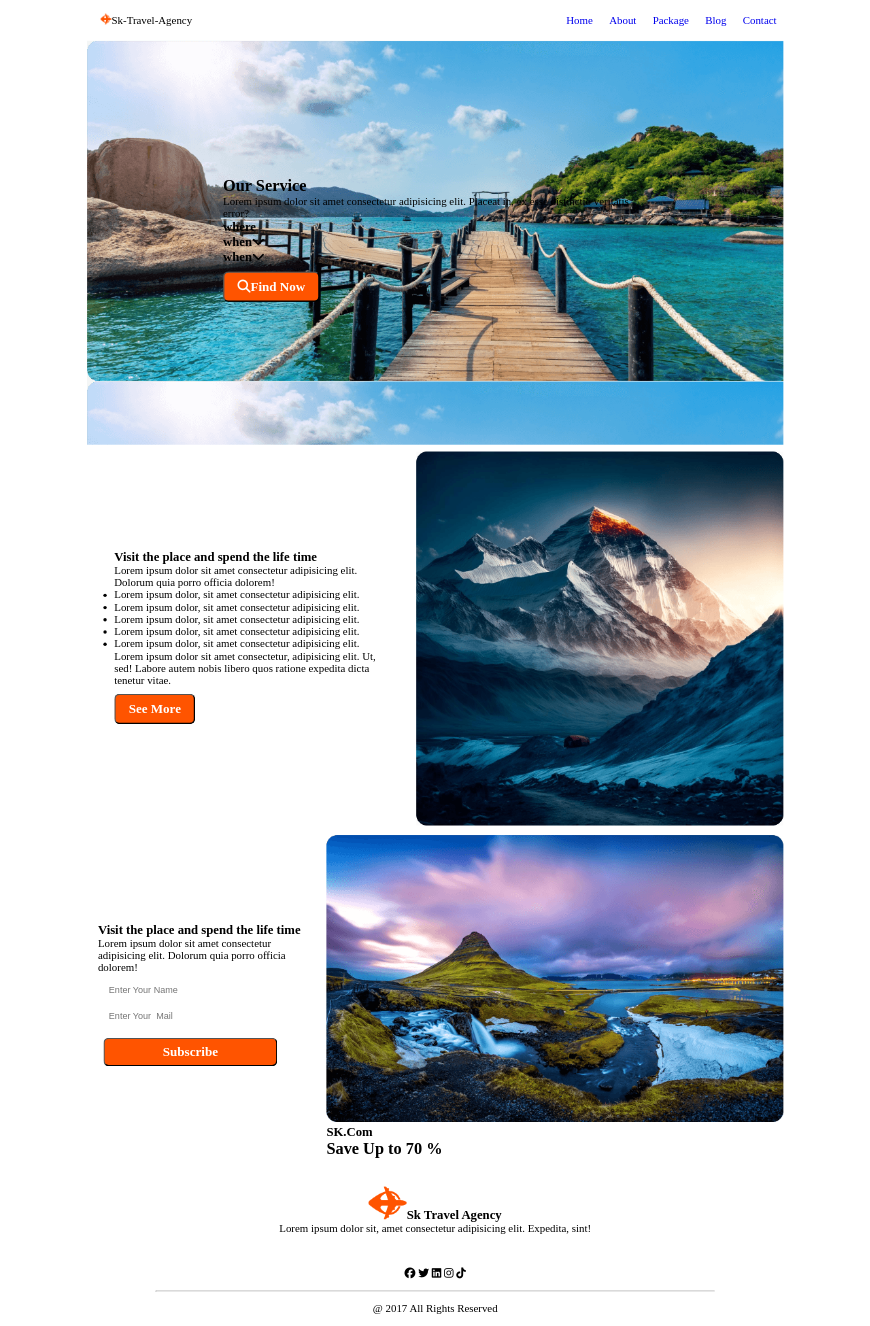
Repository: sumonkumarsarkar/Sk-Travel-Agency-
Page: index.html
The author's editor kept a copy of each file at every save. The page is drawn from the files as they stood at one save, then again after the next save.
The browser window is 1280 px wide. The pictures show the whole page, at 68% of full size.

Above is the page before, as saved 2024-01-17 06:28:47.

### index.html
<!DOCTYPE html>
<html lang="en">
<head>
    <meta charset="UTF-8">
    <meta name="viewport" content="width=device-width, initial-scale=1.0">
    <title>Sk-Travel-Agency</title>
    <link rel="stylesheet" href="./style.css">

    <link rel="stylesheet" href="https://cdnjs.cloudflare.com/ajax/libs/font-awesome/6.5.1/css/all.min.css" integrity="sha512-DTOQO9RWCH3ppGqcWaEA1BIZOC6xxalwEsw9c2QQeAIftl+Vegovlnee1c9QX4TctnWMn13TZye+giMm8e2LwA==" crossorigin="anonymous" referrerpolicy="no-referrer" />
</head>
<body>
    <header>
         <div class="container">
            <nav>
                <div class="icon-header">
                    <p> <span><img src="./Images/Group 40071 (2).png" alt=""></span>Sk-Travel-Agency</p>
                </div>
                <div class="menu-header">
                    <ul>
                        <li><a href="#">Home</a></li>
                        <li><a href="#">About</a></li>
                        <li><a href="#">Package</a></li>
                        <li><a href="#">Blog</a></li>
                        <li><a href="#">Contact</a></li>
                    </ul>
                </div>
            </nav>
         </div>


<div class="container">
    <div class="banner-section">
        <h2>Our Service</h2>
        <p>Lorem ipsum dolor sit amet consectetur adipisicing elit. Placeat in, ex esse distinctio veritatis error?</p>
        <div class="banner-button">
         <h3>where </h3>
         <h3>when<span><i class="fa-solid fa-chevron-down"></i></span></h3>
         <h3>when<span><i class="fa-solid fa-chevron-down"></i></span></h3>

        <button type="button"> <span><i class="fa-solid fa-magnifying-glass"></i></span>Find Now</button>
        </div>
       </div>

</div>

    </header>



    <main>

        <!-- place part start  -->

<div class="container">
    <div class="container-item">
        <div class="text-item">
         <h3>Visit the place and spend the life time</h3>
         <p>Lorem ipsum dolor sit amet consectetur adipisicing elit. Dolorum quia porro officia dolorem!</p>
         <ul>
            <li><p>Lorem ipsum dolor, sit amet consectetur adipisicing elit.</p></li>
            <li><p>Lorem ipsum dolor, sit amet consectetur adipisicing elit.</p></li>
            <li><p>Lorem ipsum dolor, sit amet consectetur adipisicing elit.</p></li>
            <li><p>Lorem ipsum dolor, sit amet consectetur adipisicing elit.</p></li>
            <li><p>Lorem ipsum dolor, sit amet consectetur adipisicing elit.</p></li>
         </ul>
         <p>Lorem ipsum dolor sit amet consectetur, adipisicing elit. Ut, sed! Labore autem nobis libero quos ratione expedita dicta tenetur vitae.</p>
         <button type="button">See More</button>
        </div>
        <div class="container-img-item">
            <img src="./Images/Rectangle 4.png" alt="">
        </div>
    </div>
</div>


 <!-- place part end  -->


 <div class="container">
    <div class="container-item">
        <div class="text-form">
         <h3>Visit the place and spend the life time</h3>
         <p>Lorem ipsum dolor sit amet consectetur adipisicing elit. Dolorum quia porro officia dolorem!</p>

         <form>
            <input type="text" placeholder="Enter Your Name">
            <input type="text" placeholder="Enter Your  Mail">
         </form>
         <button type="button">Subscribe</button>
        </div>
        <div class="container-img-item">
            <img src="./Images/Rectangle 8 (1).png" alt="">
            <h3>SK.Com</h3>
            <h2>Save Up to 70 %</h2>
        </div>
    </div>
</div>



<!-- form part start  -->




<!-- form part end  -->


    </main>









        <footer>
            <div class="container">

                    <div class="nornal-text">
                           <h3> <span><img src="./Images/Group 40071 (2).png" alt=""></span>Sk Travel Agency</h3>
                            <p>Lorem ipsum dolor sit, amet consectetur adipisicing elit. Expedita, sint!</p>
                    </div>

                <div class="icon-img">
                    <i class="fa-brands fa-facebook"></i>
                    <i class="fa-brands fa-twitter"></i>
                    <i class="fa-brands fa-linkedin"></i>
                    <i class="fa-brands fa-instagram"></i>
                    <i class="fa-brands fa-tiktok"></i>
                </div>

                <hr>

               <div class="last-text">
                 <p>@ 2017 All Rights Reserved</p>

               </div>


         </footer>





</body>
</html>

### style.css
*{
    margin: 0;
    padding: 0;
}



 /* main place part start  */
.container-item{
    display: flex;
    justify-content:space-around;
    align-items: center;
    margin: 10px auto;
}

.container-item .text-item{
    padding: 40px;
}

button{
color: #FFF;
text-align: center;
font-family: Mulish;
font-size: 1.2rem;
font-style: normal;
font-weight: 800;
padding: .6rem 1.2rem;
border-radius:.5rem;
background: #FF5400;
margin: 10px auto;

}



/* form part start  */

.text-form  form input{
    display: block;
    padding:.5rem;
    width: 80%;
    margin:.5rem;
    border: none;
    border-radius: .5rem;
}
.text-form{

    padding:.5rem;
    width: 80%;
    margin:.5rem;
}
.text-form button{

    padding:.5rem;
    width: 80%;
    margin:.5rem;
}



/* form part end  */




 /* main place part end */

/* header menu bar start  */




nav{
    display: flex;
    justify-content: space-between;
    align-items: center;
}
.icon-header{
    align-items: center;
    padding:20px;
}
.icon-header img{
    width: 1rem;
    height: 1rem;
}
.menu-header ul{
    list-style: none;

}
.menu-header ul li{
   display: inline-block;
   padding: 10px 10px;

}
.menu-header ul li a{
    text-decoration: none;
}

.banner-section{
    background-image: url("./Images/Group 13 (1) (1).png");

}
.banner-section{

    padding: 200px 200px;


}
.banner-button h2

/* header menu bar end  */


/* footer section start  */
.container{
 background: skyblue;
 margin: 1rem auto;
}
.container .nornal-text{
text-align: center;
padding: 2rem 2rem;


}.container .icon-img{
text-align: center;
padding: 1rem 2rem;


}
.container .last-text{
text-align: center;
padding: 1rem 2rem;


}
.container, hr{

width: 80%;
margin: 0 auto;


}



/* footer section end  */

After the next save:
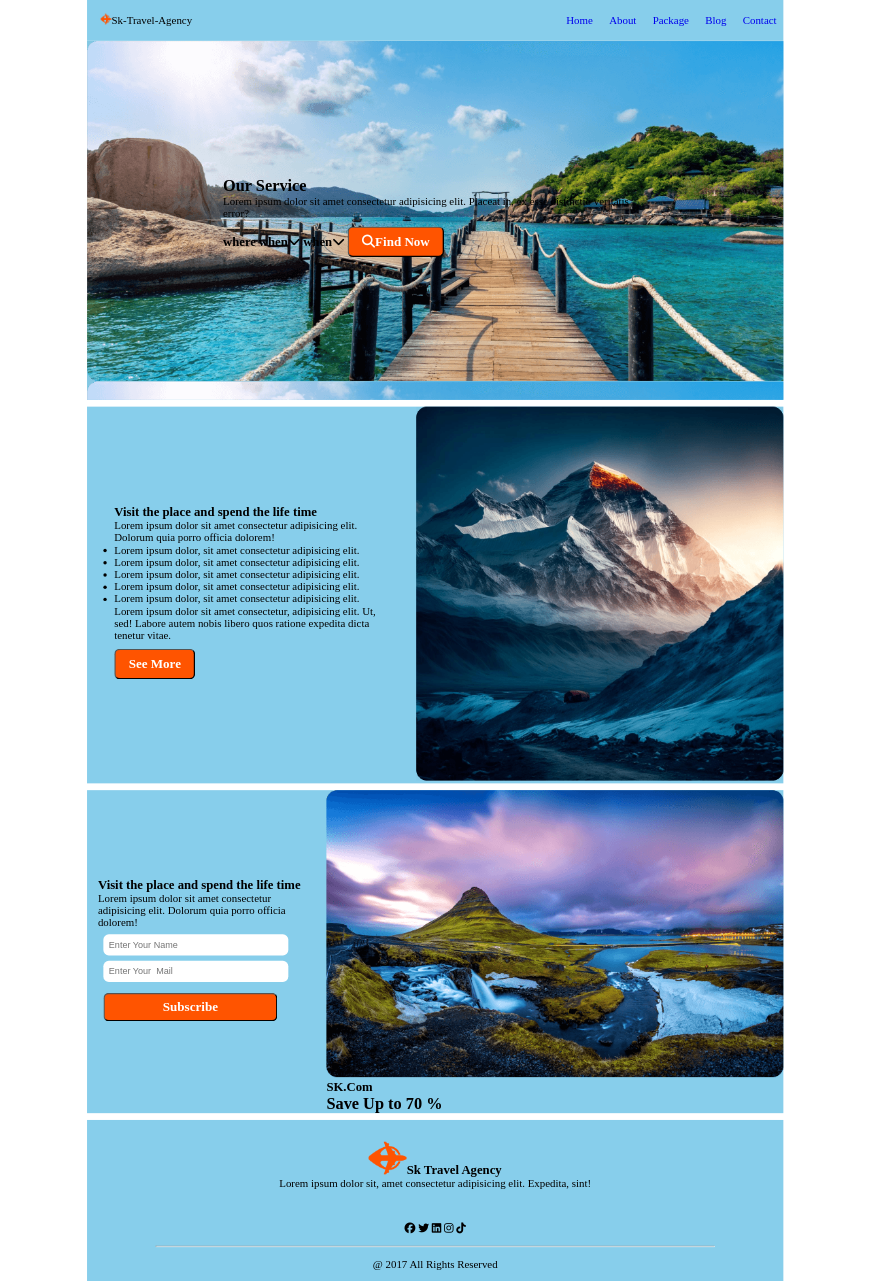
Saved 16 s later.
--- a/style.css
+++ b/style.css
@@ -106,7 +106,9 @@ nav{
 
 
 }
-.banner-button h2
+.banner-button h3{
+    display: inline-block;
+}
 
 /* header menu bar end  */
 
